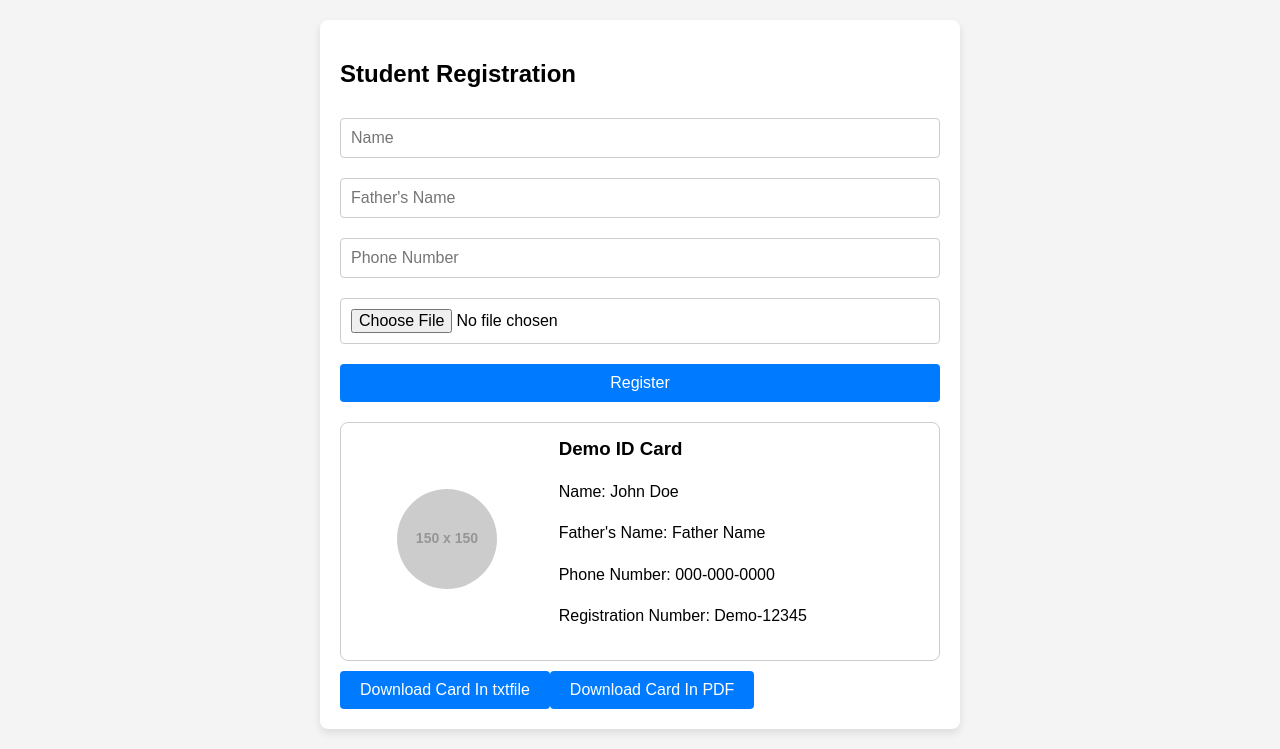
Repository: pripriya09/StudentID-Card-Download
Page: / (app in frontend/)
These files come from the project's save history. The page is drawn as it stood at one moment and after the next save; the edit follows.
The browser window is 1280 px wide. The pictures show the whole page.
The project was rebuilt for these pictures with package versions that can differ from the ones it lists, and the page was loaded fresh each time. Also part of the build but not shown: frontend/vite.config.js.

Above is the page before, as saved 2025-01-07 12:57:14.

### frontend/src/main.jsx
import React from 'react'
import ReactDOM from 'react-dom/client'
// import App from './App'
// import './index.css'
import Form from './Form.jsx'
// import IDCardForm from './copy form/IDCardForm.jsx'

ReactDOM.createRoot(document.getElementById('root')).render(
  <React.StrictMode>
    {/* <App /> */}
    <Form/>
    {/* <IDCardForm/> */}
  </React.StrictMode>,
)

### frontend/src/Form.jsx
import React, { useState } from "react";
import axios from "axios";
import jsPDF from "jspdf";
import "./App.css";

const Form = () => {
  const [formData, setFormData] = useState({
    name: "",
    fatherName: "",
    phoneNumber: "",
    image: null,
  });
  const [studentData, setStudentData] = useState(null);
  const [previewImage, setPreviewImage] = useState(null); // For the image preview

  // Handle form submission
  const handleSubmit = async (e) => {
    e.preventDefault();
    const formDataToSend = new FormData();
    formDataToSend.append("name", formData.name);
    formDataToSend.append("fatherName", formData.fatherName);
    formDataToSend.append("phoneNumber", formData.phoneNumber);
    if (formData.image) {
      formDataToSend.append("image", formData.image);
    }

    try {
      // Send form data to the server (make sure the server URL is correct)
      const response = await axios.post("http://localhost:6009/api/students", formDataToSend, {
        headers: { "Content-Type": "multipart/form-data" },
      });

      const registrationNumber = response.data.registrationNumber;

      // Fetch student data, including the image URL
      const studentResponse = await axios.get(`http://localhost:6009/api/students/${registrationNumber}`);
      setStudentData(studentResponse.data);

      // Clear form data after submission
      setFormData({
        name: "",
        fatherName: "",
        phoneNumber: "",
        image: null,
      });
      setPreviewImage(null); // Clear the preview image
    } catch (error) {
      console.error("Error submitting data:", error);
    }
  };

  // Handle input field changes
  const handleChange = (e) => {
    if (e.target.name === "image") {
      setFormData({ ...formData, image: e.target.files[0] });
      setPreviewImage(URL.createObjectURL(e.target.files[0])); // Update preview image when file is selected
    } else {
      setFormData({ ...formData, [e.target.name]: e.target.value });
    }
  };

  // Handle text file download
  const handleDownloadText = () => {
    if (studentData) {
      const fileData = `Name: ${studentData.name}
Father's Name: ${studentData.fatherName}
Phone Number: ${studentData.phoneNumber}
Registration Number: ${studentData.registrationNumber}`;
      const blob = new Blob([fileData], { type: "text/plain" });

      const link = document.createElement("a");
      link.href = URL.createObjectURL(blob);
      link.download = `${studentData.registrationNumber}_ID_Card.txt`;
      link.click();
    }
  };

  // Handle PDF download
  const handleDownloadPDF = () => {
    if (studentData) {
      let PDFdocument = new jsPDF();
      const studentInfo = `
        Student ID Card
        Name: ${studentData.name}
        Father's Name: ${studentData.fatherName}
        Phone: ${studentData.phoneNumber}
        Registration Number: ${studentData.registrationNumber}
      `;

      PDFdocument.text(studentInfo, 10, 10);
      PDFdocument.save(`${studentData.registrationNumber}_ID_Card.pdf`);
      PDFdocument = null;
    }
  };

  return (
    <div className="App">
      <h2>Student Registration</h2>
      <form onSubmit={handleSubmit}>
        <input
          type="text"
          name="name"
          placeholder="Name"
          value={formData.name}
          onChange={handleChange}
          required
        />
        <input
          type="text"
          name="fatherName"
          placeholder="Father's Name"
          value={formData.fatherName}
          onChange={handleChange}
          required
        />
        <input
          type="tel"
          name="phoneNumber"
          placeholder="Phone Number"
          value={formData.phoneNumber}
          onChange={handleChange}
          required
        />
        <input
          type="file"
          name="image"
          accept="image/*"
          onChange={handleChange}
        />
        <button type="submit">Register</button>
      </form>


      <div className="id-card">
        <div className="left">
          <div className="circle">
            <img
              className="profile-img"
              src={previewImage || (studentData ? studentData.image : "https://via.placeholder.com/150")}
              alt="Student"
            />
          </div>
        </div>
        <div className="right">
          {studentData ? (
            <>
              <h3>ID Card</h3>
              <p>Name: {studentData.name}</p>
              <p>Father's Name: {studentData.fatherName}</p>
              <p>Phone Number: {studentData.phoneNumber}</p>
              <p>Registration Number: {studentData.registrationNumber}</p>
            </>
          ) : (
            <>
              <h3>Demo ID Card</h3>
              <p>Name: {formData.name || "John Doe"}</p>
              <p>Father's Name: {formData.fatherName || "Father Name"}</p>
              <p>Phone Number: {formData.phoneNumber || "000-000-0000"}</p>
              <p>Registration Number: Demo-12345</p>
            </>
          )}
        </div>
      </div>

      {/* Buttons to download ID card */}
      <button onClick={handleDownloadText}>Download Card In txtfile</button>
      <button onClick={handleDownloadPDF}>Download Card In PDF</button>
    </div>
  );
};

export default Form;

### frontend/src/App.css
/* General styling */
body {
  font-family: Arial, sans-serif;
  margin: 0;
  padding: 0;
  background-color: #f4f4f4;
}

.App {
  max-width: 600px;
  margin: 20px auto;
  padding: 20px;
  background-color: white;
  box-shadow: 0 4px 8px rgba(0, 0, 0, 0.1);
  border-radius: 8px;
}

/* Form styling */
form {
  display: flex;
  flex-direction: column;
}

input[type="text"],
input[type="tel"],
input[type="file"] {
  padding: 10px;
  margin: 10px 0;
  border: 1px solid #ccc;
  border-radius: 4px;
  font-size: 16px;
}

button {
  padding: 10px 20px;
  background-color: #4CAF50;
  color: white;
  border: none;
  border-radius: 4px;
  cursor: pointer;
  font-size: 16px;
}

button:hover {
  background-color: #45a049;
}


.id-card {
  display: flex;
  margin-top: 20px;
  border: 1px solid #ccc;
  padding: 15px;
  border-radius: 8px;
  background-color: #fff;
}

.left {
  flex: 1;
  display: flex;
  justify-content: center;
  align-items: center;
}

.right {
  flex: 2;
  padding-left: 20px;
}

.left img {
  max-width: 100px;
  max-height: 100px;
  border-radius: 50%;
}

h3 {
  margin-top: 0;
}


button {
  margin-top: 10px;
  background-color: #007BFF;
}

button:hover {
  background-color: #0056b3;
}


p {
  font-size: 16px;
  line-height: 1.6;
}

Loaded but not shown: frontend/index.html (common file)

After the next save:
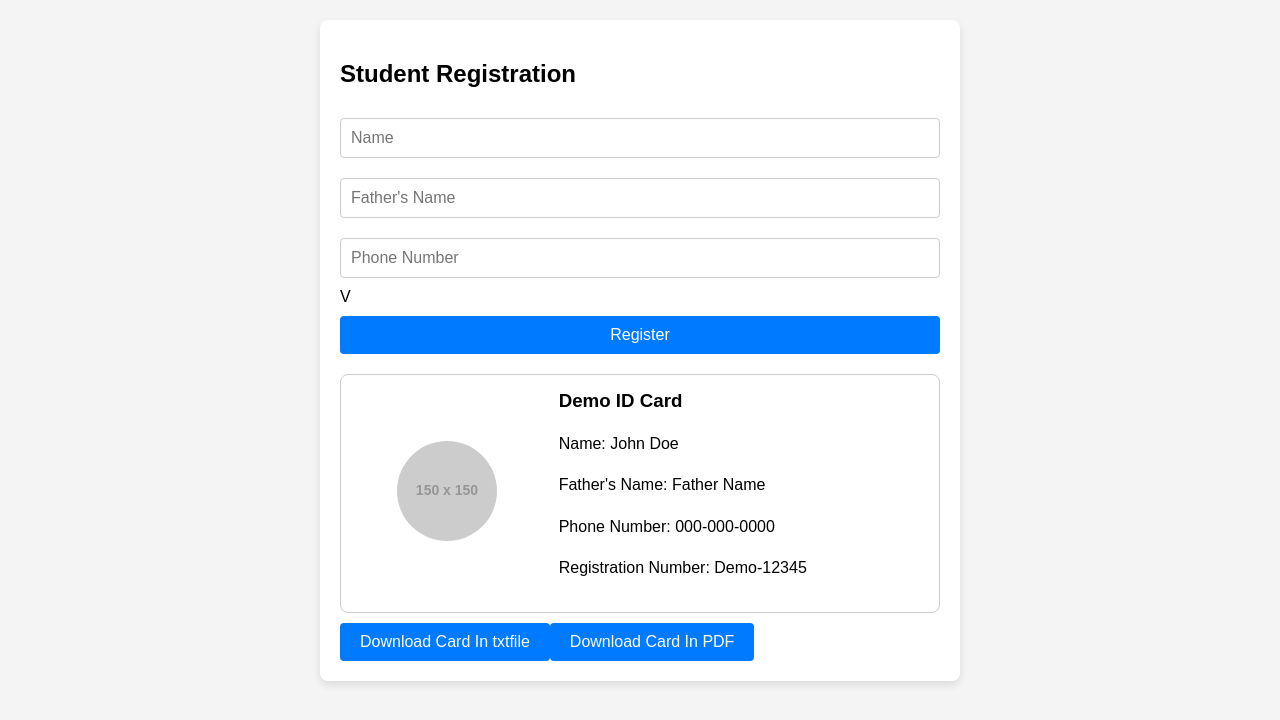
Saved 2 min 9 s later.
--- a/frontend/src/Form.jsx
+++ b/frontend/src/Form.jsx
@@ -121,12 +121,7 @@ Registration Number: ${studentData.registrationNumber}`;
           onChange={handleChange}
           required
         />
-        <input
-          type="file"
-          name="image"
-          accept="image/*"
-          onChange={handleChange}
-        />
+       V
         <button type="submit">Register</button>
       </form>
 
